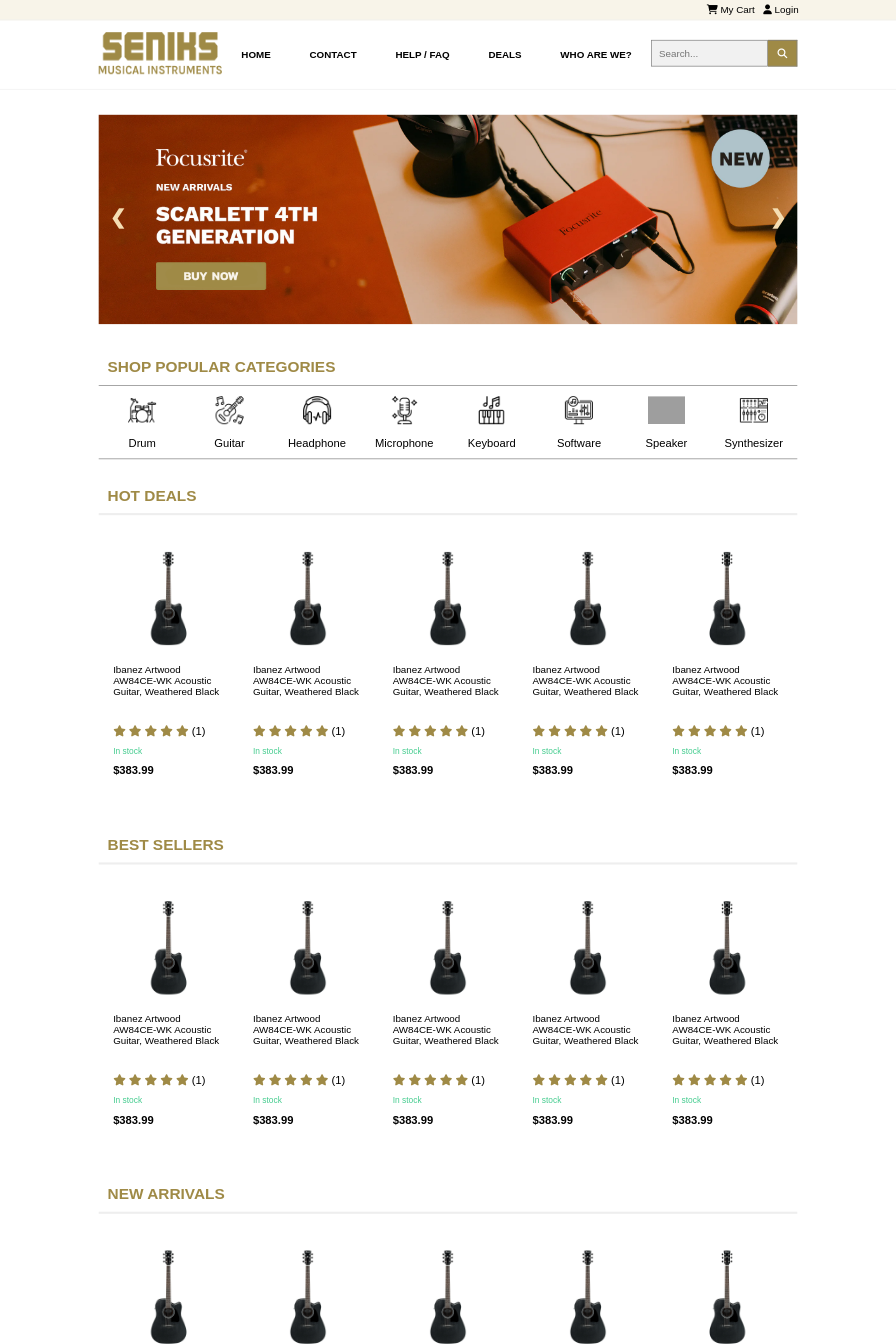
Repository: kuni-hoangnguyen/Do-an-tkweb-nam1
Page: HTML/main.html
An editor plug-in stored every save of this project. The page is shown before and after the next save, followed by the edit.
The browser window is 1280 px wide. The pictures show the part of the page from y = 0 to 1920 px (the page is 3067 px tall), at 70% of full size.
Pictures or frames that could not be fetched are drawn as grey boxes.

Above is the page before, as saved 2023-09-22 10:39:27.

After the next save:
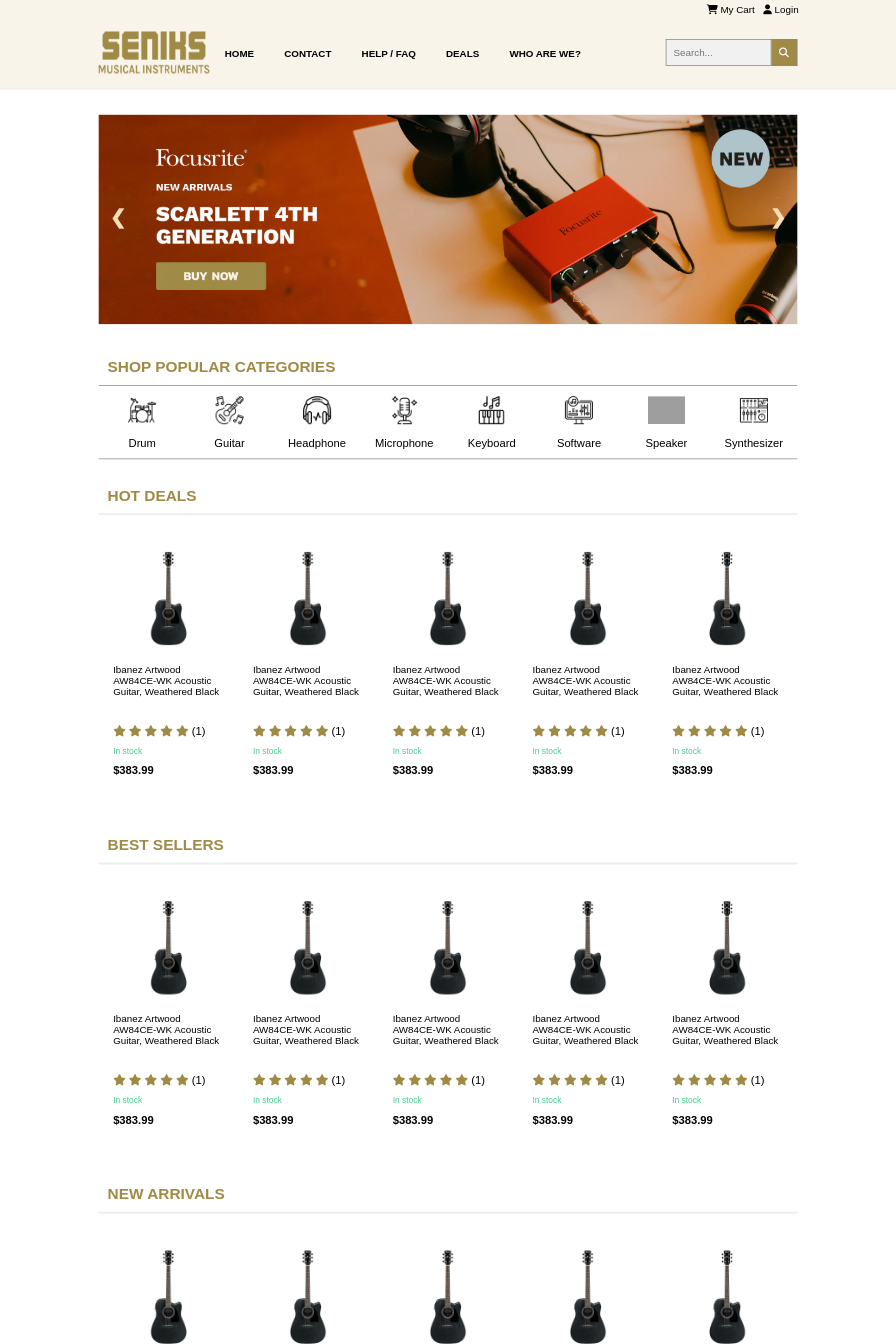
Saved 80 s later.
--- a/HTML/main.html
+++ b/HTML/main.html
@@ -34,9 +34,27 @@
 
                     <button type="submit" class="btn">Log In</button>
                     <button type="button" class="btn cancel" onclick="closeForm()"><i class="fa-solid fa-xmark"></i></button>
+                    <p class="cmt2">Alright have a account?</p><button type="button" class="form-changer"  onclick="openForm2()">Sign Up</button>
                 </form>
             </div>
-        </div>
+            <div class="form-popup" id="myForm2">
+                <form action="" class="form-container">
+                    <h2 style="text-align: left;color: #9f8a46;font-weight: 700;margin: 0 0 8% 0;">SIGN UP</h2>
+
+                    <label for="username"><b>Username</b></label>
+                    <input type="text" placeholder="Your username" name="username" required>
+
+                    <label for="email"><b>Email</b></label>
+                    <input type="text" placeholder="Your email" name="email" required>
+
+                    <label for="psw"><b>Password</b></label>
+                    <input type="password" placeholder="Your password" name="psw" required>
+
+                    <button type="submit" class="btn">Sign Up</button>
+                    <button type="button" class="btn cancel" onclick="closeForm()"><i class="fa-solid fa-xmark"></i></button>
+                    <p class="cmt2">Alright have a account?</p><button type="button" class="form-changer"  onclick="openForm()">Log In</button>
+                </form>
+            </div>
 
         <div class="row-menu2">
 
